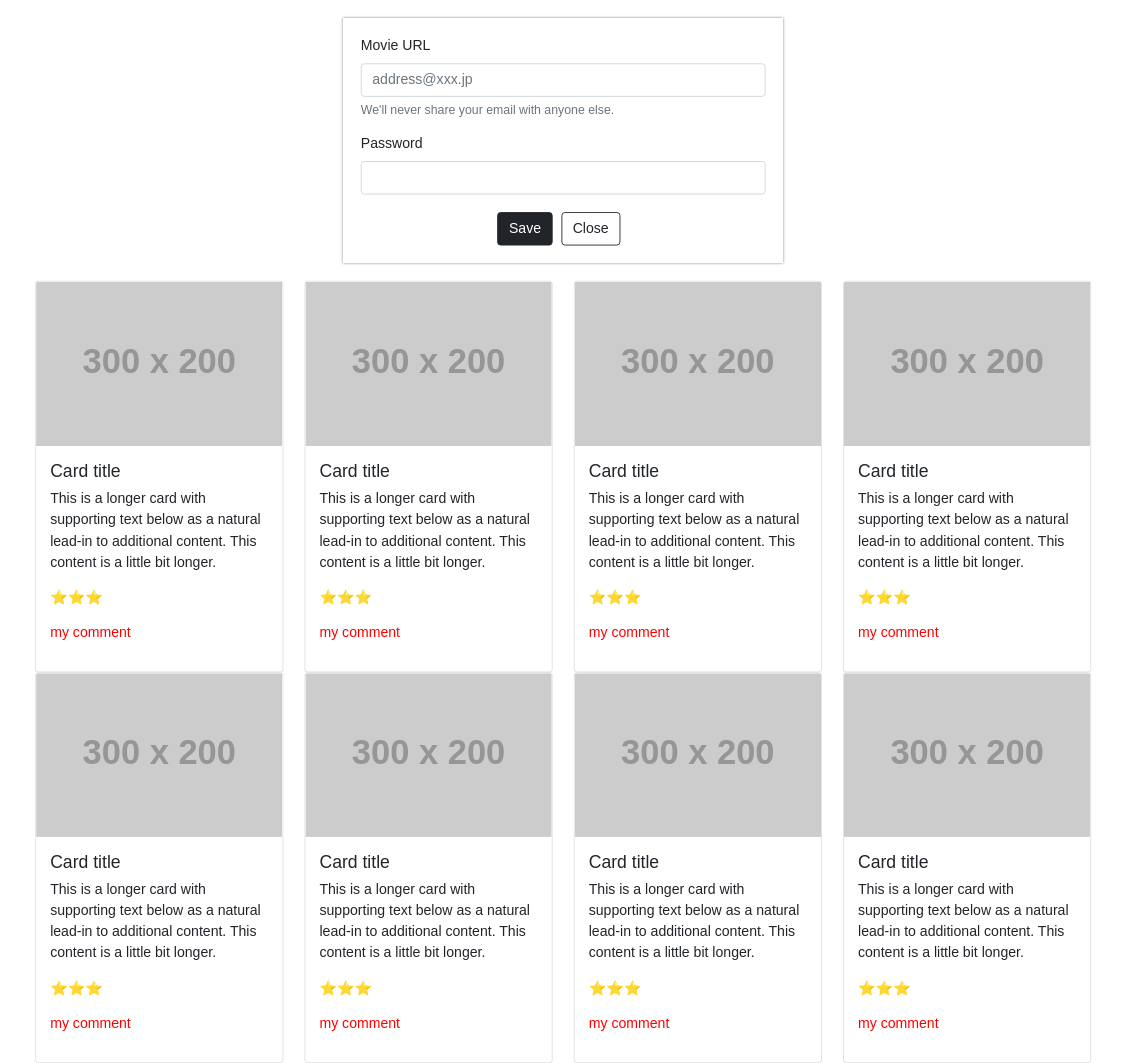
Repository: sinayaka-body/sparta
Page: frontend/test2.html
An editor plug-in stored every save of this project. The page is shown before and after the next save, followed by the edit.
The browser window is 1280 px wide. The pictures show the part of the page from y = 250 to 1458 px (the page is 1458 px tall before and 1433 px after), at 88% of full size.
Some web fonts or font styles are not loaded; a fallback is used.

Above is the page before, as saved 2023-04-15 17:07:58.

### frontend/test2.html
<!DOCTYPE html>
<html lang="en">
  <head>
    <meta charset="utf-8" />
    <meta name="viewport" content="width=device-width, initial-scale=1, shrink-to-fit=no" />

    <link href="https://cdn.jsdelivr.net/npm/bootstrap@5.0.2/dist/css/bootstrap.min.css" rel="stylesheet" integrity="sha384-EVSTQN3/azprG1Anm3QDgpJLIm9Nao0Yz1ztcQTwFspd3yD65VohhpuuCOmLASjC" crossorigin="anonymous" />
    <script src="https://ajax.googleapis.com/ajax/libs/jquery/3.5.1/jquery.min.js"></script>
    <script src="https://cdn.jsdelivr.net/npm/bootstrap@5.0.2/dist/js/bootstrap.bundle.min.js" integrity="sha384-MrcW6ZMFYlzcLA8Nl+NtUVF0sA7MsXsP1UyJoMp4YLEuNSfAP+JcXn/tWtIaxVXM" crossorigin="anonymous"></script>

    <title>Spartapedia</title>

    <style>
      @import url("https://fonts.googleapis.com/css2?family=Gowun+Dodum&display=swap");

      * {
        font-family: "Hahmlet", sans-serif;
      }

      .mytitle {
        width: 100%;
        height: 250px;

        background-image: linear-gradient(0deg, rgba(0, 0, 0, 0.5), rgba(0, 0, 0, 0.5)), url("https://movie-phinf.pstatic.net/20210715_95/1626338192428gTnJl_JPEG/movie_image.jpg");
        background-position: center;
        background-size: cover;

        color: white;

        display: flex;
        flex-direction: column;
        align-items: center;
        justify-content: center;
      }

      .mytitle > button {
        width: 200px;
        height: 50px;

        background-color: transparent;
        color: white;

        border-radius: 50px;
        border: 1px solid white;

        margin-top: 10px;
      }

      .mytitle > button:hover {
        border: 2px solid white;
      }

      .mycards {
        margin: 20px auto 0px auto;
        width: 95%;
        max-width: 1200px;
      }

      .mypost {
        width: 95%;
        max-width: 500px;
        margin: 20px auto 0px auto;
        padding: 20px;
        box-shadow: 0px 0px 3px 0px gray;
      }

      .mybtns {
        display: flex;
        flex-direction: row;
        align-items: center;
        justify-content: center;
        margin-top: 20px;
      }

      .mybtns > button {
        margin-right: 10px;
      }
    </style>
  </head>

  <body>
    <div class="mytitle">
      <h1>My favorite movies</h1>
      <button>Save a new movie</button>
    </div>

    <div class="mypost">
      <form>
        <div class="mb-3">
          <label for="exampleInputEmail1" class="form-label">Movie URL</label>
          <input type="url" class="form-control" id="exampleInputURL1" aria-describedby="MovieURL" placeholder="address@xxx.jp" />
          <div id="MovieURL" class="form-text">We'll never share your email with anyone else.</div>
        </div>
        <div class="mb-3">
          <label for="exampleInputPassword1" class="form-label">Password</label>
          <input type="password" class="form-control" id="exampleInputPassword1" />
        </div>
        <div class="mybtns">
          <button type="button" class="btn btn-dark">Save</button>
          <button type="button" class="btn btn-outline-dark">Close</button>
        </div>
      </form>
    </div>

    <div class="mycards">
      <div class="row row-cols-1 row-cols-md-4 g-4">
        <div class="col">
          <div class="card">
            <img src="https://placehold.jp/300x200.png" class="card-img-top" alt="..." />
            <div class="card-body">
              <h5 class="card-title">Card title</h5>
              <p class="card-text">This is a longer card with supporting text below as a natural lead-in to additional content. This content is a little bit longer.</p>
              <p>⭐⭐⭐</p>
              <p style="color: red">my comment</p>
            </div>
          </div>
        </div>
        <div class="col">
          <div class="card">
            <img src="https://placehold.jp/300x200.png" class="card-img-top" alt="..." />
            <div class="card-body">
              <h5 class="card-title">Card title</h5>
              <p class="card-text">This is a longer card with supporting text below as a natural lead-in to additional content. This content is a little bit longer.</p>
              <p>⭐⭐⭐</p>
              <p style="color: red">my comment</p>
            </div>
          </div>
        </div>
        <div class="col">
          <div class="card">
            <img src="https://placehold.jp/300x200.png" class="card-img-top" alt="..." />
            <div class="card-body">
              <h5 class="card-title">Card title</h5>
              <p class="card-text">This is a longer card with supporting text below as a natural lead-in to additional content. This content is a little bit longer.</p>
              <p>⭐⭐⭐</p>
              <p style="color: red">my comment</p>
            </div>
          </div>
        </div>
        <div class="col">
          <div class="card">
            <img src="https://placehold.jp/300x200.png" class="card-img-top" alt="..." />
            <div class="card-body">
              <h5 class="card-title">Card title</h5>
              <p class="card-text">This is a longer card with supporting text below as a natural lead-in to additional content. This content is a little bit longer.</p>
              <p>⭐⭐⭐</p>
              <p style="color: red">my comment</p>
            </div>
          </div>
        </div>
      </div>
      <div class="row row-cols-1 row-cols-md-4 g-4">
        <div class="col">
          <div class="card">
            <img src="https://placehold.jp/300x200.png" class="card-img-top" alt="..." />
            <div class="card-body">
              <h5 class="card-title">Card title</h5>
              <p class="card-text">This is a longer card with supporting text below as a natural lead-in to additional content. This content is a little bit longer.</p>
              <p>⭐⭐⭐</p>
              <p style="color: red">my comment</p>
            </div>
          </div>
        </div>
        <div class="col">
          <div class="card">
            <img src="https://placehold.jp/300x200.png" class="card-img-top" alt="..." />
            <div class="card-body">
              <h5 class="card-title">Card title</h5>
              <p class="card-text">This is a longer card with supporting text below as a natural lead-in to additional content. This content is a little bit longer.</p>
              <p>⭐⭐⭐</p>
              <p style="color: red">my comment</p>
            </div>
          </div>
        </div>
        <div class="col">
          <div class="card">
            <img src="https://placehold.jp/300x200.png" class="card-img-top" alt="..." />
            <div class="card-body">
              <h5 class="card-title">Card title</h5>
              <p class="card-text">This is a longer card with supporting text below as a natural lead-in to additional content. This content is a little bit longer.</p>
              <p>⭐⭐⭐</p>
              <p style="color: red">my comment</p>
            </div>
          </div>
        </div>
        <div class="col">
          <div class="card">
            <img src="https://placehold.jp/300x200.png" class="card-img-top" alt="..." />
            <div class="card-body">
              <h5 class="card-title">Card title</h5>
              <p class="card-text">This is a longer card with supporting text below as a natural lead-in to additional content. This content is a little bit longer.</p>
              <p>⭐⭐⭐</p>
              <p style="color: red">my comment</p>
            </div>
          </div>
        </div>
      </div>
    </div>
  </body>
</html>

After the next save:
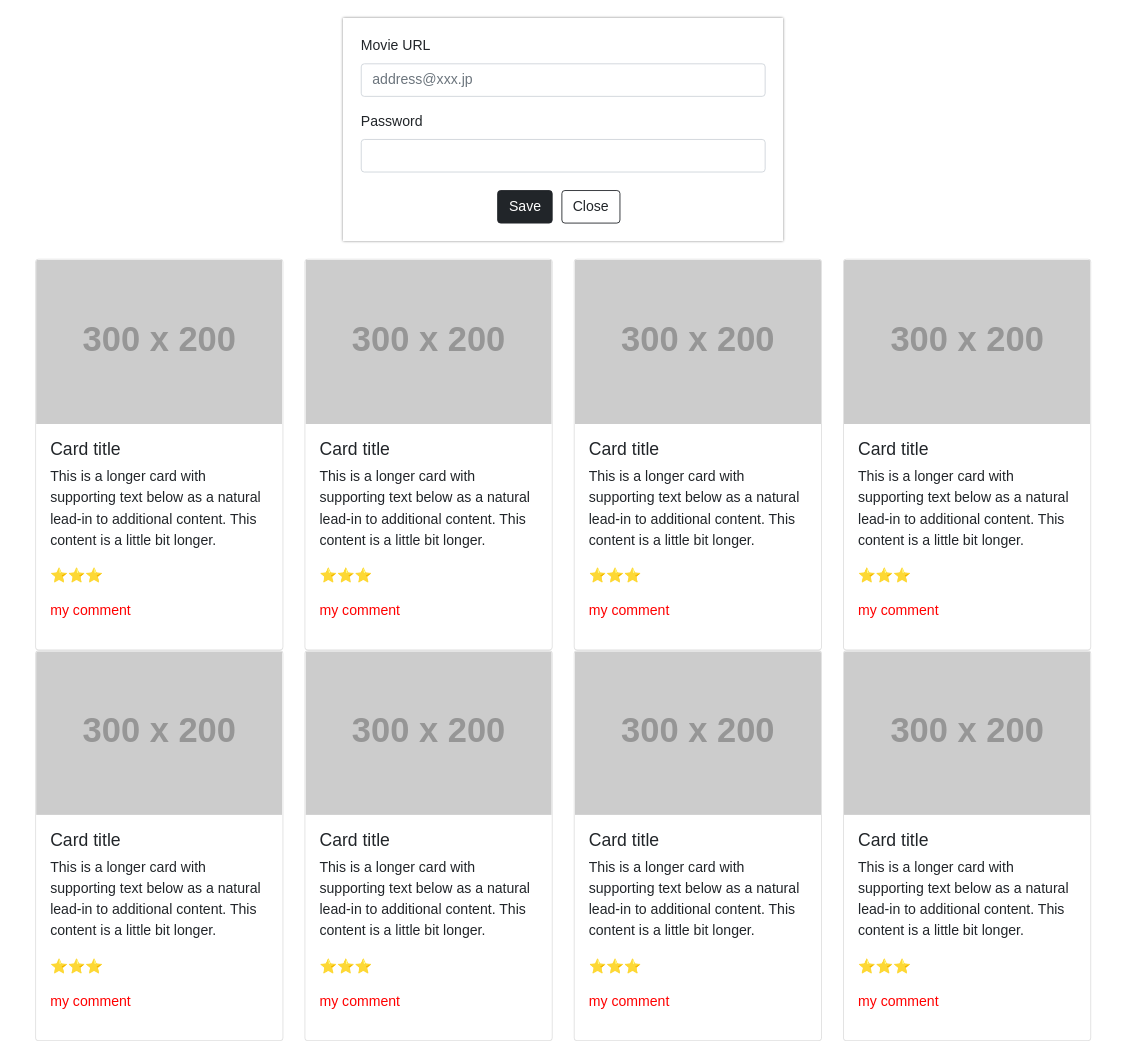
Saved 8 s later.
--- a/frontend/test2.html
+++ b/frontend/test2.html
@@ -89,7 +89,6 @@
         <div class="mb-3">
           <label for="exampleInputEmail1" class="form-label">Movie URL</label>
           <input type="url" class="form-control" id="exampleInputURL1" aria-describedby="MovieURL" placeholder="address@xxx.jp" />
-          <div id="MovieURL" class="form-text">We'll never share your email with anyone else.</div>
         </div>
         <div class="mb-3">
           <label for="exampleInputPassword1" class="form-label">Password</label>
